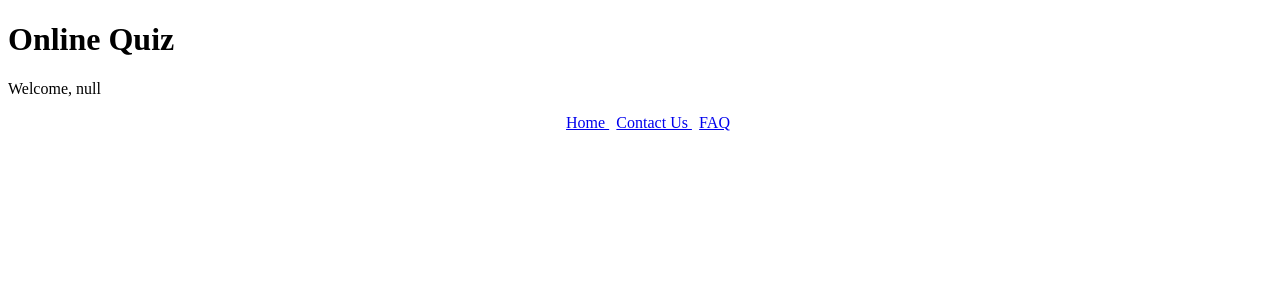
Repository: KaushikVeluruWorld/KaushikJava
Page: http://localhost/OnlineQuiz/SignIn.jsp
These files come from the project's save history. The page is drawn as it stood at one moment and after a run of saves; the edit follows.
The browser window is 1280 px wide. The page is 1288 px wide, so the pictures cover 1288 px, including what lies to the right of the window. The pictures show the whole page.
The page is served by Tomcat 9.

Above is the page before, as saved 2014-12-22 10:46:36.

After the next 2 saves:
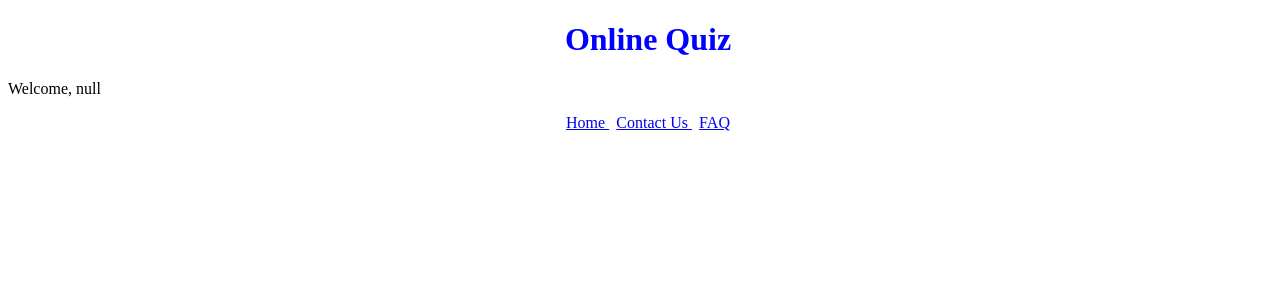
The 2 saves are shown as one change because they came seconds apart.
The last was saved 32 s later.
--- a/Online Quiz Tool/OnlineQuiz/WebContent/header.jsp
+++ b/Online Quiz Tool/OnlineQuiz/WebContent/header.jsp
@@ -10,7 +10,7 @@
 <body style="height: 25px%; width: 100%;">
 
 
-<p align="center" style="color: blue"><h1><b>Online Quiz</b></h1></p>
+<h1 align="center" style="color: blue"><b>Online Quiz</b></h1>
 
 </body>
 </html>
